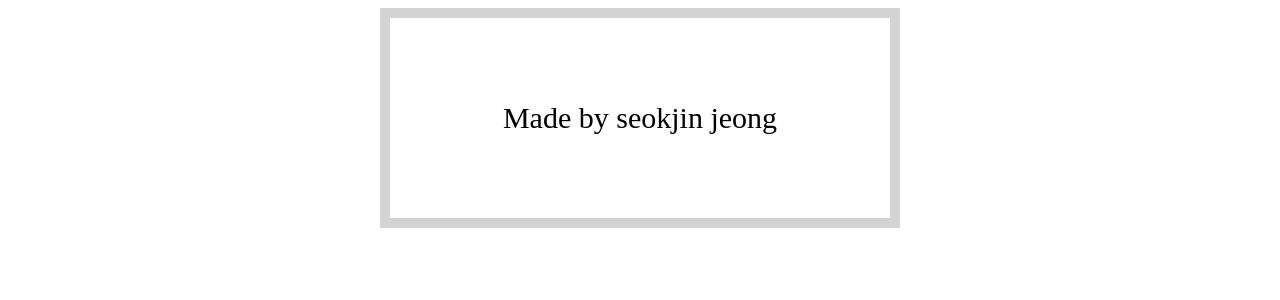
Repository: jsj961/bulletin-board-system
Page: http://localhost/BBS/madeby.jsp
An editor plug-in stored every save of this project. The page is shown before and after the next save, followed by the edit.
The browser window is 1280 px wide. The pictures show the whole page.
Some web fonts or font styles are not loaded; a fallback is used. The page is served by Tomcat 9. Other server files are loaded and not shown.

Above is the page before, as saved 2021-07-03 07:45:11.

### BBS/src/main/webapp/madeby.jsp
<%@ page language="java" contentType="text/html; charset=UTF-8"
    pageEncoding="UTF-8"%>
<!DOCTYPE html>
<html>
<head>
<meta charset="UTF-8">
<link rel="stylesheet" href="css/custom.css">
<title>JSP 게시판 웹 사이트</title>
<style type="text/css">
	a, a:hover {
		color: #000000;
		text-decoration: none;
	}
</style>
</head>
<body>
	<div class="box" style="width: 500px;
	height: 200px; border: 10px solid lightgray;
	font-size: 30px; margin: auto;
	text-align: center; line-height: 200px;">Made by seokjin jeong
	</div>
</body>
</html>

Loaded but not shown: BBS/src/main/webapp/css/custom.css (common file)

After the next save:
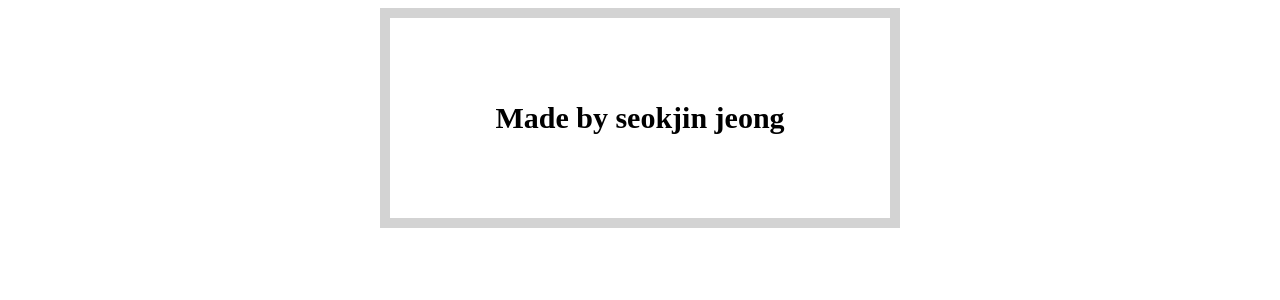
Saved 33 s later.
--- a/BBS/src/main/webapp/madeby.jsp
+++ b/BBS/src/main/webapp/madeby.jsp
@@ -17,7 +17,8 @@
 	<div class="box" style="width: 500px;
 	height: 200px; border: 10px solid lightgray;
 	font-size: 30px; margin: auto;
-	text-align: center; line-height: 200px;">Made by seokjin jeong
+	text-align: center; line-height: 200px;
+	font-weight: bold;">Made by seokjin jeong
 	</div>
 </body>
 </html>
